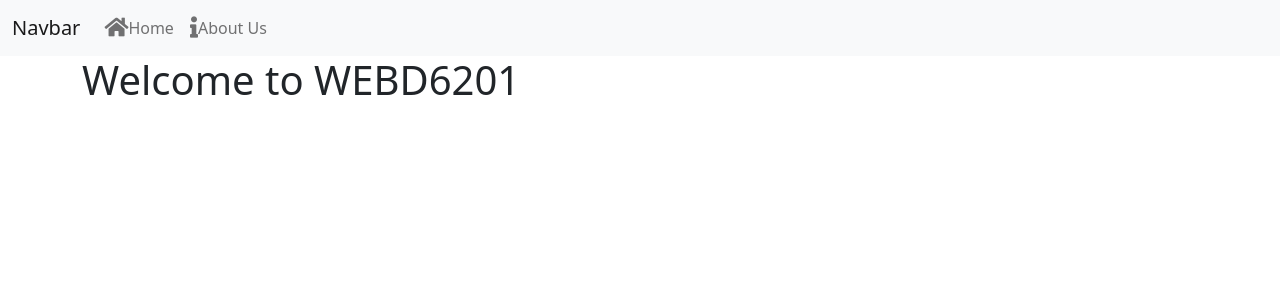
Repository: deividwsantoss/webd6201-W2021-ICE1
Page: Index.html
An editor plug-in stored every save of this project. The page is shown before and after the next save, followed by the edit.
The browser window is 1280 px wide. The pictures show the whole page.

Above is the page before, as saved 2021-02-02 10:07:31.

After the next save:
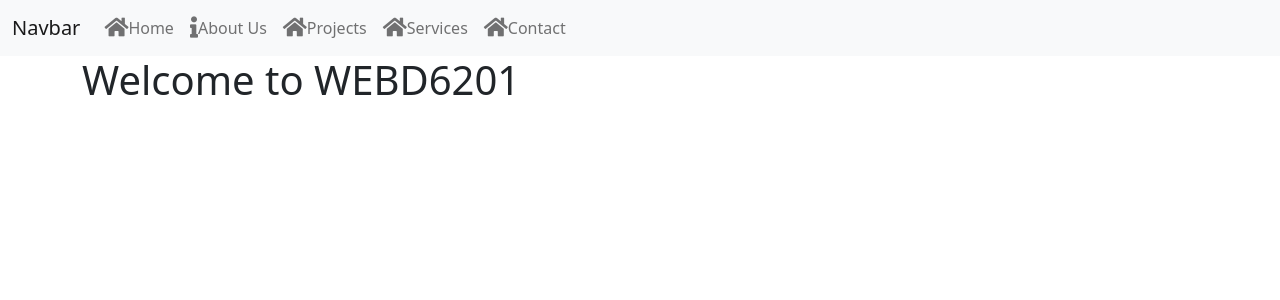
Saved 46 s later.
--- a/Index.html
+++ b/Index.html
@@ -26,6 +26,15 @@
                   <li class="nav-item">
                     <a class="nav-link" aria-current="page" href="#"><i class="fas fa-info fa-lg"></i>About Us</a>
                   </li>
+                  <li class="nav-item">
+                    <a class="nav-link" aria-current="page" href="#"><i class="fas fa-home fa-lg"></i>Projects</a>
+                  </li>
+                  <li class="nav-item">
+                    <a class="nav-link" aria-current="page" href="#"><i class="fas fa-home fa-lg"></i>Services</a>
+                  </li>
+                  <li class="nav-item">
+                    <a class="nav-link" aria-current="page" href="#"><i class="fas fa-home fa-lg"></i>Contact</a>
+                  </li>
 
                 </ul>
 
